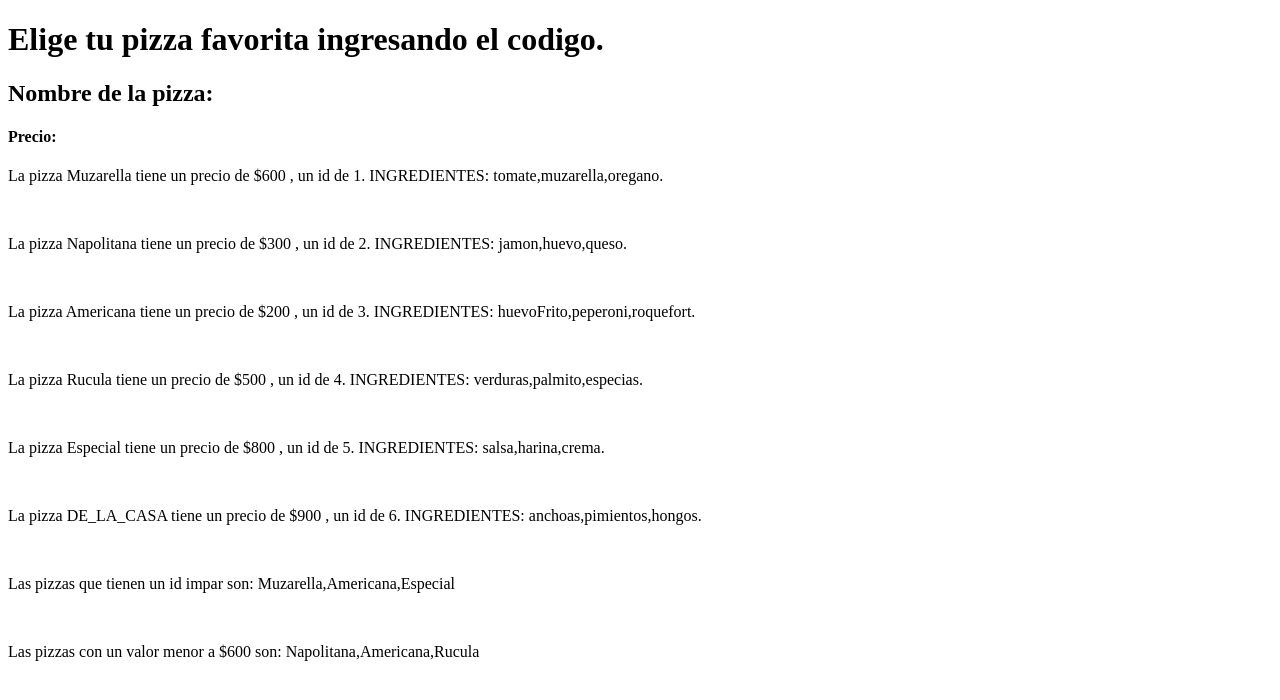
Repository: lucas-itup/E1-JAVASCRIPT
Page: index.html
An editor plug-in stored every save of this project. The page is shown before and after the next save, followed by the edit.
The browser window is 1280 px wide. The pictures show the whole page.

Above is the page before, as saved 2022-09-11 19:57:18.

### index.html
<!DOCTYPE html>
<html lang="en">

<head>
    <meta charset="UTF-8">
    <meta http-equiv="X-UA-Compatible" content="IE=edge">
    <meta name="viewport" content="width=device-width, initial-scale=1.0">

    <title>E1-JAVASCRIPT</title>
</head>

<body>
    <div id="listado-pizzas">
        <div>
            <h1>Elige tu pizza favorita ingresando el codigo.</h1>

            <h2>Nombre de la pizza: <span id="nombre-pizza"> </span></h2>
            <h4>Precio: <span id="precio-pizza"></span></h4>
        </div>
    </div>
    <script src="/assets/index.js"></script>
</body>

</html>

### assets/index.js
let pizza1 = {
    id: '1',
    nombre: 'Muzarella',
    ingredientes: [
        'tomate', 'muzarella', 'oregano'
    ],
    precio: '600'
}
let pizza2 = {
    id: '2',
    nombre: 'Napolitana',
    ingredientes: [
        'jamon', 'huevo', 'queso'
    ],
    precio: '300'
}
let pizza3 = {
    id: '3',
    nombre: 'Americana',
    ingredientes: [
        'huevoFrito', 'peperoni', 'roquefort'
    ],
    precio: '200'
}
let pizza4 = {
    id: '4',
    nombre: 'Rucula',
    ingredientes: [
        'verduras', 'palmito', 'especias'
    ],
    precio: '500'
}
let pizza5 = {
    id: '5',
    nombre: 'Especial',
    ingredientes: [
        'salsa', 'harina', 'crema'
    ],
    precio: '800'
}
let pizza6 = {
    id: '6',
    nombre: 'DE_LA_CASA',
    ingredientes: [
        'anchoas', 'pimientos', 'hongos'
    ],
    precio: '900'
}

let pizzas = [pizza1, pizza2, pizza3, pizza4, pizza5, pizza6]
let impares = [];
let menores = [];
let listado = document.getElementById('listado-pizzas');


pizzas.forEach(function pizza(e, i, array) {

    //pizzas con id impar
    if (e.id % 2 == 1) impares.push(e.nombre)

    //pizzas menores a $600
    if (e.precio < "600") menores.push(e.nombre)

    console.log('La pizza ' + e.nombre + ' tiene un precio de $' + e.precio + ' , un id de ' + e.id + '. INGREDIENTES: ' + e.ingredientes.join())
    listado.innerHTML += '<p>La pizza ' + e.nombre + ' tiene un precio de $' + e.precio + ' , un id de ' + e.id + '. INGREDIENTES: ' + e.ingredientes.join() + '.</p><br>'
})

console.log('Las pizzas que tienen un id impar son: ' + impares.join());
console.log('Las pizzas con un valor menor a $600 son: ' + menores.join());

listado.innerHTML += '<p>Las pizzas que tienen un id impar son: ' + impares.join() + '</p><br>';
listado.innerHTML += '<p>Las pizzas con un valor menor a $600 son: ' + menores.join() + '</p><br>';

After the next save:
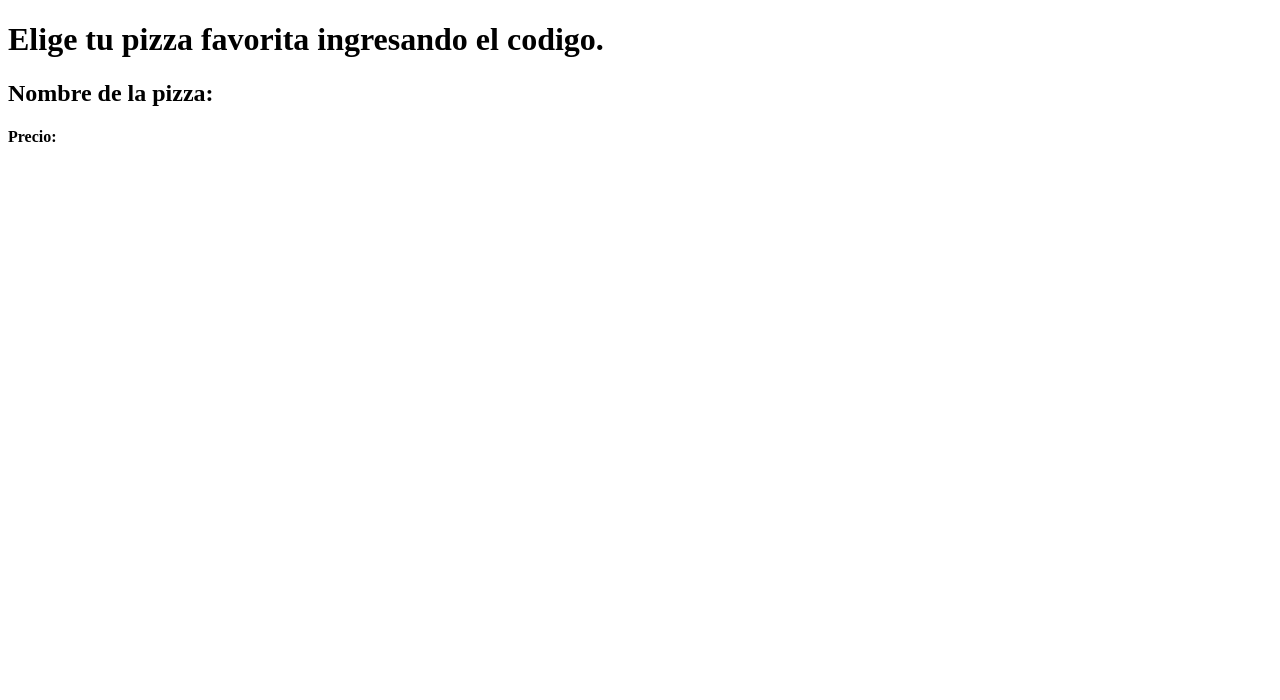
Saved 35 s later.
--- a/assets/index.js
+++ b/assets/index.js
@@ -51,22 +51,3 @@ let pizzas = [pizza1, pizza2, pizza3, pizza4, pizza5, pizza6]
 let impares = [];
 let menores = [];
 let listado = document.getElementById('listado-pizzas');
-
-
-pizzas.forEach(function pizza(e, i, array) {
-
-    //pizzas con id impar
-    if (e.id % 2 == 1) impares.push(e.nombre)
-
-    //pizzas menores a $600
-    if (e.precio < "600") menores.push(e.nombre)
-
-    console.log('La pizza ' + e.nombre + ' tiene un precio de $' + e.precio + ' , un id de ' + e.id + '. INGREDIENTES: ' + e.ingredientes.join())
-    listado.innerHTML += '<p>La pizza ' + e.nombre + ' tiene un precio de $' + e.precio + ' , un id de ' + e.id + '. INGREDIENTES: ' + e.ingredientes.join() + '.</p><br>'
-})
-
-console.log('Las pizzas que tienen un id impar son: ' + impares.join());
-console.log('Las pizzas con un valor menor a $600 son: ' + menores.join());
-
-listado.innerHTML += '<p>Las pizzas que tienen un id impar son: ' + impares.join() + '</p><br>';
-listado.innerHTML += '<p>Las pizzas con un valor menor a $600 son: ' + menores.join() + '</p><br>';
